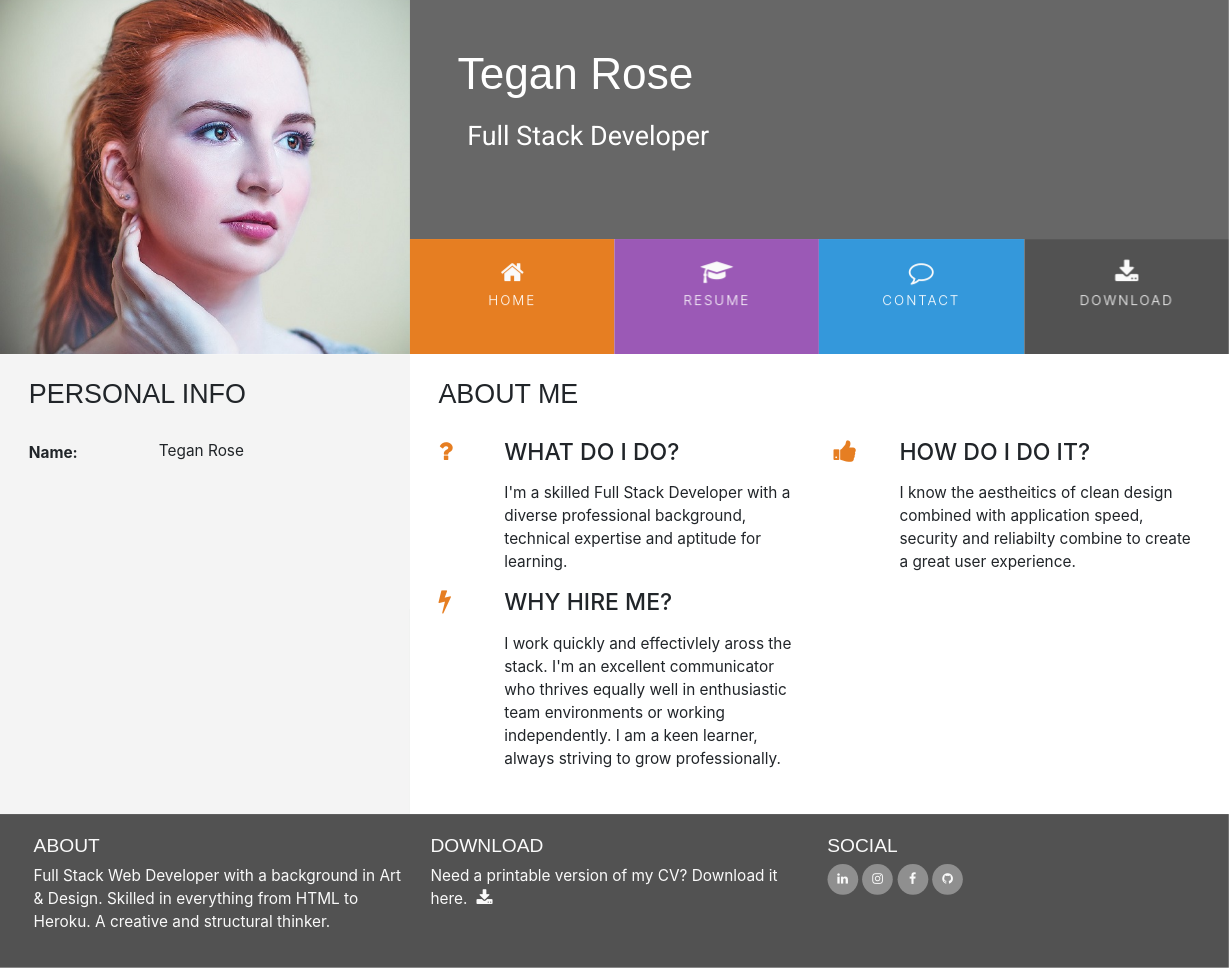
Repository: TSRose/Resume
Page: index.html
The author's editor kept a record of every edit. The page is drawn from the files as they stood at one moment, then again after the next edit.
The browser window is 1280 px wide. The pictures show the whole page, at 96% of full size.

Above is the page before.

### index.html
<!DOCTYPE html>
<html lang="en">

<head>
    <meta charset="UTF-8">
    <meta name="viewport" content="width=device-width, initial-scale=1.0">
    <meta http-equiv="X-UA-Compatible" content="ie=edge">
    <link rel="stylesheet" href="https://stackpath.bootstrapcdn.com/bootstrap/4.3.1/css/bootstrap.min.css" type="text/css" />
    <link rel="stylesheet" href="https://stackpath.bootstrapcdn.com/font-awesome/4.7.0/css/font-awesome.min.css" type="text/css" />
    <link rel="stylesheet" href="assets/css/style.css" type="text/css" />
    <link rel="stylesheet" href="https://cdnjs.cloudflare.com/ajax/libs/hover.css/2.3.1/css/hover-min.css" type="text/css" />
    <title>Tegan Rose</title>
</head>

<body>
    <header>
        <div class="row no-gutters">
            <a href="index.html" class="col-md-4 logo">

            </a>
            <div class="col-md-8">
                <div class="row no-gutters bg-color-name-title">
                    <div class="col">
                        <h1 class="name">Tegan Rose</h1>
                        <h2 class="title"> Full Stack Developer</h2>
                    </div>
                </div>
                <div class="row no-gutters">
                    <div class="col">
                        <ul id="nav" class="list-inline menucontainer">
                            <li class="col-6 col-sm-3 ui-menu-color-home list-inline-item menuitem">
                                <a href="#" class="hvr-sweep-to-bottom"><i class="fa fa-home" aria-hidden="true"></i><span>Home</span></a>
                            </li>
                            <li class="col-6 col-sm-3 ui-menu-color-resume list-inline-item menuitem">
                                <a href="#" class="hvr-sweep-to-bottom"><i class="fa fa-graduation-cap" aria-hidden="true"></i><span>Resume</span></a>
                            </li>
                            <li class="col-6 col-sm-3 ui-menu-color-contact list-inline-item menuitem">
                                <a href="#" class="hvr-sweep-to-bottom"><i class="fa fa-comment-o" aria-hidden="true"></i><span>Contact</span></a>
                            </li>
                            <li class="col-6 col-sm-3 ui-menu-color-download list-inline-item menuitem">
                                <a href="#" class="hvr-sweep-to-bottom"><i class="fa fa-download" aria-hidden="true"></i><span>Download</span></a>
                            </li>
                        </ul>
                    </div>
                </div>
            </div>
        </div>
    </header>
    <section class="container-fluid">
        <div class="row">
            <div class="col-md-4 bg-color-personal-info section-column">
                <div class="row">
                    <div class="col-12">
                        <h3 class="section-heading uppercase">
                            Personal Info
                        </h3>
                    </div>
                </div>
                <div class="personal-info-item">
                    <div class="key">
                        <p ="uppercase">
                            Name:
                        </p>
                    </div>
                    <div class="value">
                        <p>
                            Tegan Rose
                        </p>
                    </div>
                </div>
            </div>
            <div class="col-md-8 bg-color-three-reasons section-column">
                <div class="row">
                    <div class="col">
                        <h3 class="section-heading uppercase">About Me</h3>
                    </div>
                </div>
                <div class="row">
                    <div class="col-10 offset-1 offset-sm-0 col-sm-4 col-md-6">
                        <div class="row">
                            <div class="col-2">
                                <i class="three-reasons-icon fa fa-question" aria-hidden="true"></i>
                            </div>
                            <div class="col-10">
                                <h4 class="three-reasons-heading uppercase">What do I do?</h4>
                                <p>I'm a skilled Full Stack Developer with a diverse professional background, technical expertise and aptitude for learning.</p>
                            </div>
                        </div>
                    </div>
                    <div class="col-10 offset-1 offset-sm-0 col-sm-4 col-md-6">
                        <div class="row">
                            <div class="col-2">
                                <i class="three-reasons-icon fa fa-thumbs-up" aria-hidden="true"></i>
                            </div>
                            <div class="col-10">
                                <h4 class="three-reasons-heading uppercase">How do I do it?</h4>
                                <p>I know the aestheitics of clean design combined with application
                                speed, security and reliabilty combine to create a great user experience.</p>
                            </div>
                        </div>
                    </div>
                    <div class="col-10 offset-1 offset-sm-0 col-sm-4 col-md-6">
                        <div class="row">
                            <div class="col-2">
                                <i class="three-reasons-icon fa fa-bolt" aria-hidden="true"></i>
                            </div>
                            <div class="col-10">
                                <h4 class="three-reasons-heading uppercase">Why hire me?</h4>
                                <p></p>I work quickly and effectivlely aross the stack. I'm an
                                excellent communicator who thrives equally well in enthusiastic team
                                environments or working independently. I am a keen learner, always
                                striving to grow professionally.
                                </p>
                            </div>
                        </div>
                    </div>
                </div>
            </div>
        </div>

    </section>
    <footer class="container-fluid">
        <div id="footer-details" class="row">
            <div class="col-sm-4">
                <h5 class="uppercase general-sub">About</h5>
                <p class="inline-block">
                    Full Stack Web Developer with a background in Art & Design. Skilled in everything from HTML to Heroku. A creative and structural thinker.
                </p>
            </div>
            <div class="col-sm-4">
                <h5 class="uppercase general-sub">Download</h5>
                <p class="inline-block">
                    Need a printable version of my CV? Download it here.
                    <a href="#" target="_blank" class="cv-pdf">
                        <i class="fa fa-download" aria-hidden="true"></i>
                        <span class="sr-only">Download link.</span>
                    </a>
                </p>
            </div>
            <div class="col-sm-4">
                <h5 class="uppercase general-sub">Social</h5>
                <ul class="list-inline social-links">
                    <li class="list-inline-item">
                        <a target="_blank" href="#">
                        <i class="fa fa-linkedin" aria-hidden="true"></i>
                        <span class="sr-only">LinkedIn</span>
                        </a>
                    </li>
                     <li class="list-inline-item">
                        <a target="_blank" href="#">
                        <i class="fa fa-instagram" aria-hidden="true"></i>
                        <span class="sr-only">Instagram</span>
                        </a>
                    </li>
                    <li class="list-inline-item">
                        <a target="_blank" href="#">
                        <i class="fa fa-facebook" aria-hidden="true"></i>
                        <span class="sr-only">Facebook</span>
                        </a>
                    </li>
                    <li class="list-inline-item">
                        <a target="_blank" href="#">
                        <i class="fa fa-github" aria-hidden="true"></i>
                        <span class="sr-only">GitHub</span>
                        </a>
                    </li>

                </ul>
            </div>
        </div>
    </footer>
</body>

</html>

### assets/css/style.css
@import url('https://fonts.googleapis.com/css?family=Roboto&display=swap:100,200,300,400,500,600,700 | Exo:100,200,300,400,500,600,700');

/*------------------------------------Colours */

.bg-color-name-title {
    background-color: #676767;
}

.bg-color-three-reasons {
    background-color: #fff;
}

.ui-menu-color-home {
    background-color: #e67e22;
}

.ui-menu-color-resume {
    background-color: #9b59b6;
}

.ui-menu-color-contact {
    background-color: #3498db;
}

.ui-menu-color-download {
    background-color: #525252;
}

.bg-color-personal-info {
    background-color: #f4f4f4
}

.bg-color-work-history {
    background-color: #9b59b6;
}

.bg-color-contact {
    background-color: #fff;
}

/*------------------------------------Special paddings/margins/text */

h1,
h2,
h3,
h4 {
    margin: 0;
}

.uppercase {
    text-transform: uppercase;
}

.general-sub {
    font-family: "Exo", sans-serif;
    font-weight: 300;
    color: #fafafa;
}

.inline-block {
    display: inline-block;
}

.row-table {
    display: table;
}

.section-column {
    display: table-cell;
    padding: 0 30px 30px;
    float: none;
}

.history-heading,
.section-heading {
    font-family: "Exo", sans-serif;
    font-weight: 300;
    margin-top: 25px;
    margin-bottom: 30px;
}

/*------------------------------------Headings */

header {
    margin: 0;
}

.heading {
    margin-left: 50px;
}

.logo {
    background: url("../images/logo.jpg");
    background-position: center;
    background-repeat: no-repeat;
    background-size: cover;
    min-height: 360px;
    transition: all .5s ease-in-out;
    -moz-transition: all .5s ease-in-out;
    -webkit-transition: all .5s ease-in-out;
}

.name {
    font-family: "Exo", sans-serif;
    font-weight: 100;
    font-size: 46px;
    margin-top: 50px;
    margin-left: 50px;
    color: #fff;
}

.title {
    font-family: "Roboto", sans-serif;
    font-weight: 200;
    font-size: 28px;
    margin-top: 20px;
    margin-bottom: 90px;
    margin-left: 60px;
    color: #fff;
}

.list-inline-item:not(:last-child) {
    margin: 0;
}

.menucontainer {
    font-size: 0;
}

#nav {
    margin: 0;
}

#nav li {
    font-size: 14px;
    padding: 0;
}

.menuitem {
    height: 120px;
    text-align: center;
    padding: 0;
}

.menuitem a {
    width: 100%;
    text-decoration: 0;
    color: #fff;
    height: 120px;
}

.menuitem a i {
    padding-top: 22px;
    display: block;
    color: #fafafa;
    font-size: 26px;
}

.menuitem span {
    display: block;
    width: 100%;
    padding-top: 5px;
    text-align: center;
    text-transform: uppercase;
    font-size: 14px;
    font-weight: 300;
    letter-spacing: 2px;
}

/*------------------------------------Hover.css */

.hvr-sweep-to-bottom:before {
    background-color: rgba(0, 0, 0, 0.2) !important;
    height: 120px;
}

/*------------------------------------Footer */

footer {
    background-color: #525252;
    color: #fafafa;
    min-height: 120px;
    margin: 0;
}

.cv-pdf i {
    font-size: 18px;
    color: #fafafa;
    text-align: center;
    padding-left: 5px;
    transition: all 0.35s ease-in-out;
    -moz-transition: all 0.35s ease-in-out;
    -webkit-transition: all 0.35s ease-in-out;
    -o-transition: all 0.35s ease-in-out;
}

.cv-pdf i:hover {
    color: #e84610;
}

.social-links {
    padding-bottom: 15px;
}

.social-links li a i {
    width: 32px;
    height: 32px;
    padding: 12px 0;
    border-radius: 50%;
    font-size: 13px;
    line-height: 7px;
    text-align: center;
    color: #fafafa;
    background: #8f8f8f;
    transition: all 0.35s ease-in-out;
    -moz-transition: all 0.35s ease-in-out;
    -webkit-transition: all 0.35s ease-in-out;
    -o-transition: all 0.35s ease-in-out;
}

.social-links li a i:hover {
    background: #e84610;
}

#footer-details {
    padding: 20px;
}


/*------------------------------------Three Reasons */

.three-reasons-icon {
    font-size: 26px;
    color: #e67e22;
}

.three-reasons-heading {
    margin-bottom: 15px;
}


/*------------------------------------Personal Info */

.personal-info-item {
    margin-bottom: 20px;
    display: block;
    clear: both;
}

.personal-info-item .key,
.personal-info-item .value {
    padding-right: 8px;
    display: inline-block;
}

.personal-info-item .key p,
.personal-info-item .value p {
    margin: 0;
}

.personal-info-item .key {
    width: 30%;
    margin-right: 21px;
    padding-top: 2px;
    vertical-align: top;
}

.personal-info-item .key p {
    font-weight: 700;
}

.personal-info-item .value {
    position: relative;
    width: 60%;
}

/*------------------------------------Skills */

.progress {
    position: relative;
    height: 25px;
    margin-bottom: 4px;
}

.progress-type {
    position: absolute;
    left: 0px;
    font-weight: 500;
    padding: 3px 30px 2px 10px;
    color: #fafafa;
}

.progress-section {
    margin: 40px 20px;
}

/*------------------------------------Work History */

.history-heading {
    color: #fafafa;
    margin-bottom: 15px;
}

.timeline-item {
    padding: 2em 2em 1em 2em;
    position: relative;
    color: #fafafa;
    border-left: 1px solid;
}

.timeline-item p {
    padding: 0;
    margin: 0;
}

.timeline-item:before {
    content: attr(data-dates);
    position: absolute;
    left: 2.5em;
    top: 1em;
    display: block;
    font-family: "Exo", sans-serif;
    font-weight: 500;
    font-size: 0.8em;
    padding: 0;
    margin: 0;
}

.timeline-item:after {
    width: 12px;
    height: 12px;
    display: block;
    top: 1em;
    position: absolute;
    left: -6px;
    border-radius: 12px;
    content: '';
    background: #fafafa;
}

.history-items {
    margin-top: .5em;
    margin-bottom: 30px;
}

/*------------------------------------Contact Form */

.contact-heading {
    font-family: "Exo", sans-serif;
    font-weight: 300;
    margin-top: 25px;
    margin-bottom: 20px;
}

.center-form {
    padding-top: 10px;
    margin: 0 auto;
    max-width: 70%;
}

button[type="submit"] {
    margin-top: 15px;
    margin-bottom: 20px;
    color: #fafafa;
    background-color: #3498db;
}

/*------------------------------------media Queries */

@media(min-width: 992px) {
    .center-form {
        padding-top: 30px;
        min-height: 240px;
        margin: 0 auto;
        max-width: 50%;
    }
}

After the next edit:
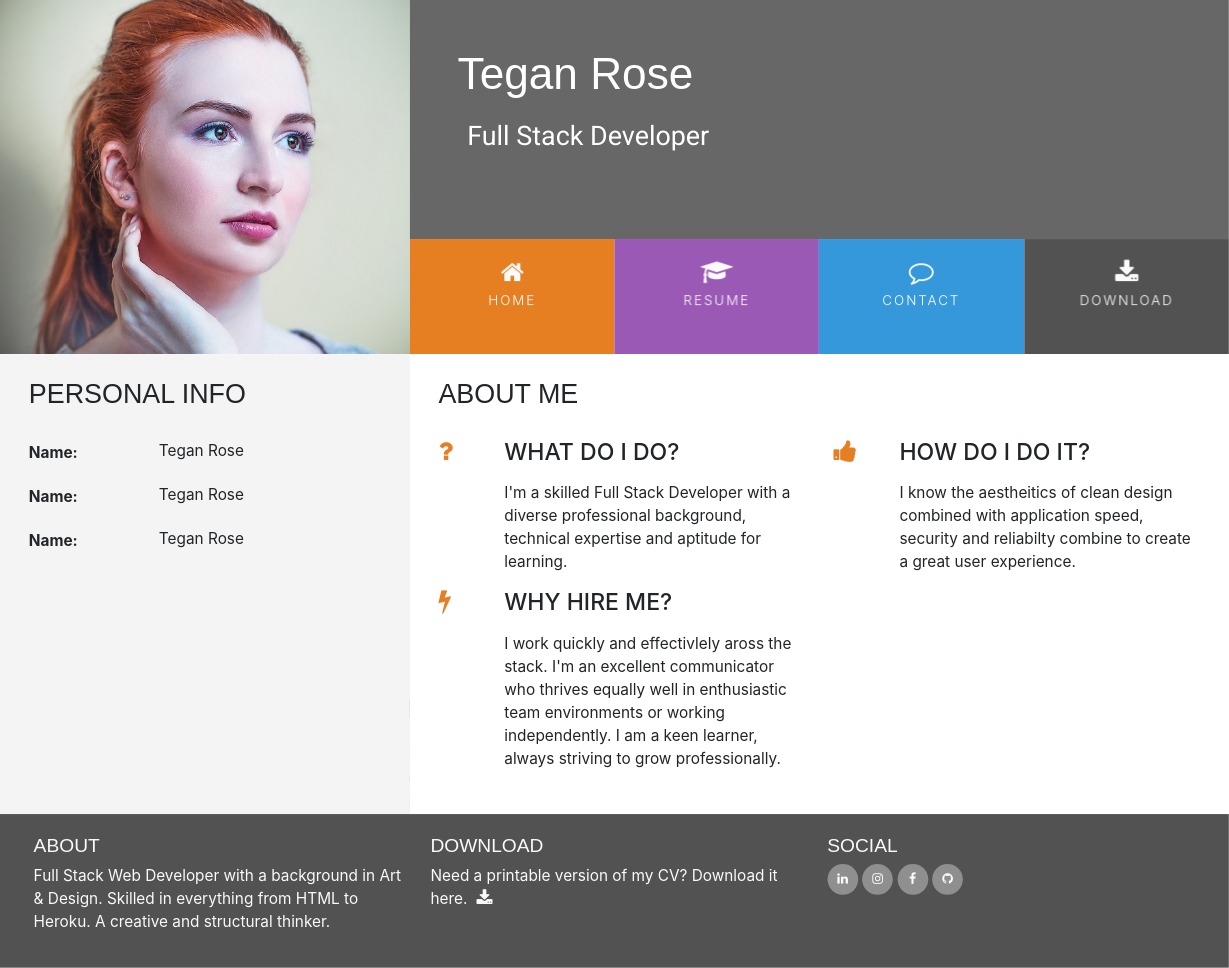
The edit:
--- a/index.html
+++ b/index.html
@@ -57,6 +57,29 @@
                     </div>
                 </div>
                 <div class="personal-info-item">
+                    <div class="key">
+                        <p ="uppercase">
+                            Name:
+                        </p>
+                    </div>
+                    <div class="value">
+                        <p>
+                            Tegan Rose
+                        </p>
+                    </div>
+                </div>
+                 <div class="personal-info-item">
+                    <div class="key">
+                        <p ="uppercase">
+                            Name:
+                        </p>
+                    </div>
+                    <div class="value">
+                        <p>
+                            Tegan Rose
+                        </p>
+                    </div>
+                </div> <div class="personal-info-item">
                     <div class="key">
                         <p ="uppercase">
                             Name:
